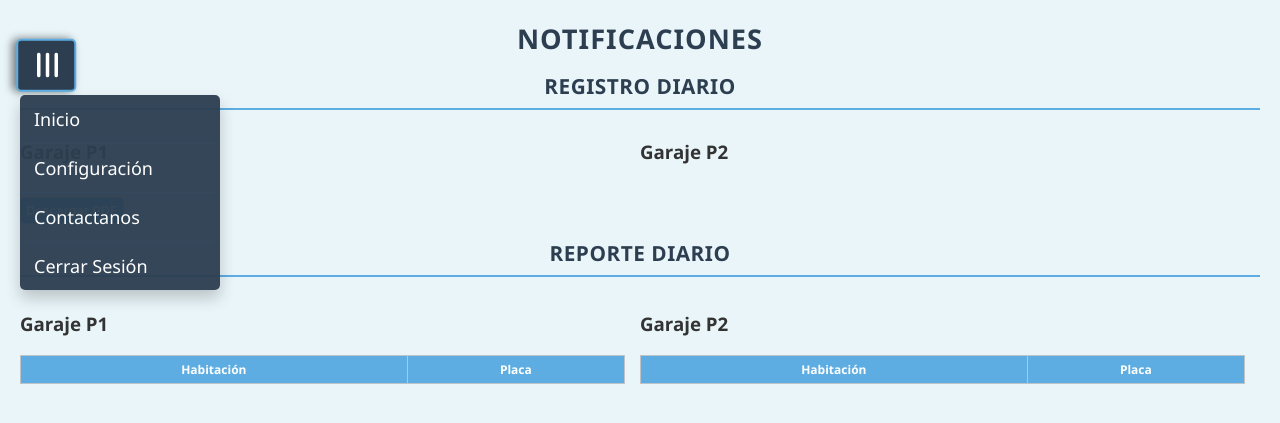
Repository: EddyWebz/base-datos
Page: privado/report.html
An editor plug-in stored every save of this project. The page is shown before and after the next save, followed by the edit.
The browser window is 1280 px wide. The pictures show the whole page.
After loading, the first visible `button.menu-icon` was clicked once.
The page's requests for data from a server got no answer.

Above is the page before, as saved 2024-08-29 20:54:43.

After the next save:
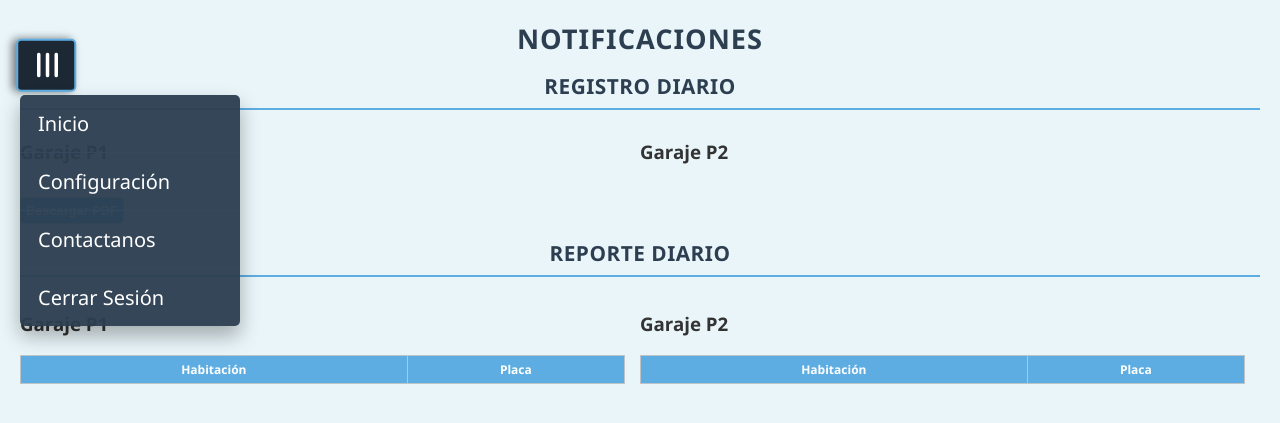
Saved 55 min 40 s later.
--- a/BASE-2/notif.css
+++ b/BASE-2/notif.css
@@ -182,9 +182,9 @@
     transform: rotate(0deg);
 }
 
-.menu-icon:hover {
-    background-color: #34495e;
-    transform: scale(1.1);
+.menu-icon:hover, .menu-icon.open {
+    background-color: #1c2833; /* Un color más oscuro para el estado activo */
+    transform: scale(1.15); /* Un poco más grande al estar activo */
 }
 
 .menu-icon.open {
@@ -194,29 +194,30 @@
 
 /* Estilo del contenido desplegable con animación */
 .dropdown-content {
-    display: block; /* Cambiado para asegurar que esté siempre visible y manejado solo por la animación */
+    display: none;
     position: absolute;
     left: 0;
     top: 100%;
     background-color: rgba(44, 62, 80, 0.95);
     min-width: 160px;
-    box-shadow: 0px 8px 16px 0px rgba(0,0,0,0.2);
+    box-shadow: 0px 10px 20px 0px rgba(0,0,0,0.3); /* Sombra más intensa */
     border-radius: 5px;
     z-index: 1001;
     opacity: 0;
-    transform: translateY(-10px); /* Ajuste para una transición suave */
-    transition: opacity 0.5s ease, transform 0.5s ease; /* Transición para la animación */
+    transform: translateY(-20px); /* Ajuste para una transición suave */
+    transition: opacity 0.6s cubic-bezier(0.25, 1, 0.5, 1), transform 0.6s cubic-bezier(0.25, 1, 0.5, 1);
 }
 
 .dropdown-content.show {
+    display: block;
     opacity: 1;
     transform: translateY(0); /* Desplazamiento suave hacia abajo */
 }
 
 .dropdown-content.hide {
     opacity: 0;
-    transform: translateY(-10px); /* Suave desplazamiento hacia arriba al ocultar */
-    transition: opacity 0.5s ease, transform 0.5s ease; /* Transición para la animación */
+    transform: translateY(-20px); /* Suave desplazamiento hacia arriba al ocultar */
+    transition: opacity 0.6s cubic-bezier(0.25, 1, 0.5, 1), transform 0.6s cubic-bezier(0.25, 1, 0.5, 1);
 }
 
 .dropdown-content a {
@@ -233,7 +234,8 @@
 }
 
 .dropdown-content a:hover {
-    background-color: #5dade2;
+    background-color: #3b5998; /* Fondo más claro al hacer hover */
+    color: #f8f9fa; /* Asegurar que el texto sea claro y legible */
 }
 
 /* Aumentar tamaño en pantallas grandes */
@@ -244,13 +246,13 @@
     }
 
     .dropdown-content {
-        min-width: 200px; /* Aumentar el ancho del menú desplegable en pantallas grandes */
-        font-size: 18px; /* Aumentar el tamaño del texto en pantallas grandes */
+        min-width: 220px; /* Aumentar el ancho del menú desplegable en pantallas grandes */
+        font-size: 20px; /* Aumentar el tamaño del texto en pantallas grandes */
     }
 
     .dropdown-content a {
-        font-size: 18px; /* Aumentar tamaño del texto de los enlaces */
-        padding: 12px 14px; /* Aumentar padding para mayor espacio en el enlace */
+        font-size: 20px; /* Aumentar tamaño del texto de los enlaces */
+        padding: 15px 18px; /* Más espacio para mejorar la usabilidad */
     }
 }
 

After the save that followed:
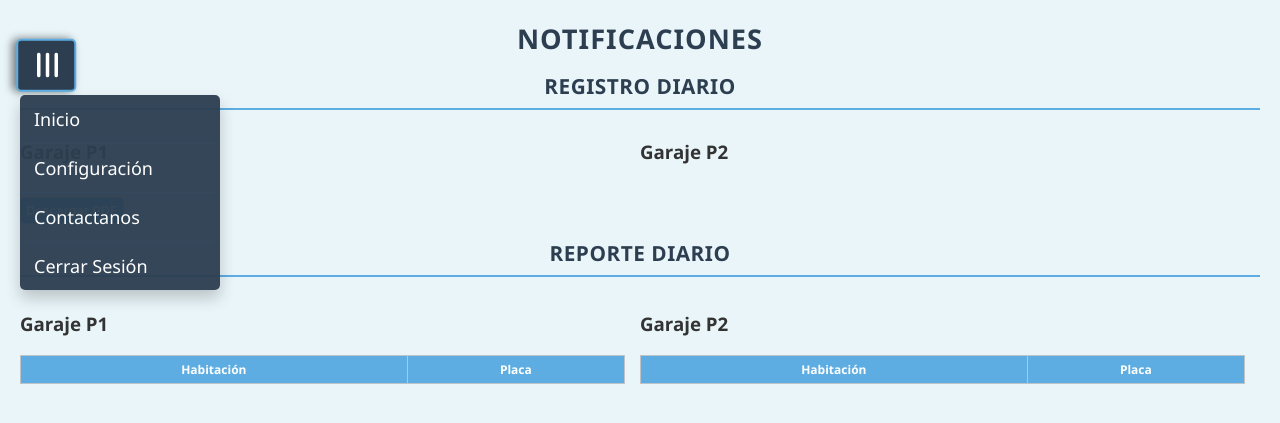
Saved 34 s later.
--- a/BASE-2/notif.css
+++ b/BASE-2/notif.css
@@ -182,9 +182,9 @@
     transform: rotate(0deg);
 }
 
-.menu-icon:hover, .menu-icon.open {
-    background-color: #1c2833; /* Un color más oscuro para el estado activo */
-    transform: scale(1.15); /* Un poco más grande al estar activo */
+.menu-icon:hover {
+    background-color: #34495e;
+    transform: scale(1.1);
 }
 
 .menu-icon.open {
@@ -194,30 +194,29 @@
 
 /* Estilo del contenido desplegable con animación */
 .dropdown-content {
-    display: none;
+    display: block; /* Cambiado para asegurar que esté siempre visible y manejado solo por la animación */
     position: absolute;
     left: 0;
     top: 100%;
     background-color: rgba(44, 62, 80, 0.95);
     min-width: 160px;
-    box-shadow: 0px 10px 20px 0px rgba(0,0,0,0.3); /* Sombra más intensa */
+    box-shadow: 0px 8px 16px 0px rgba(0,0,0,0.2);
     border-radius: 5px;
     z-index: 1001;
     opacity: 0;
-    transform: translateY(-20px); /* Ajuste para una transición suave */
-    transition: opacity 0.6s cubic-bezier(0.25, 1, 0.5, 1), transform 0.6s cubic-bezier(0.25, 1, 0.5, 1);
+    transform: translateY(-10px); /* Ajuste para una transición suave */
+    transition: opacity 0.5s ease, transform 0.5s ease; /* Transición para la animación */
 }
 
 .dropdown-content.show {
-    display: block;
     opacity: 1;
     transform: translateY(0); /* Desplazamiento suave hacia abajo */
 }
 
 .dropdown-content.hide {
     opacity: 0;
-    transform: translateY(-20px); /* Suave desplazamiento hacia arriba al ocultar */
-    transition: opacity 0.6s cubic-bezier(0.25, 1, 0.5, 1), transform 0.6s cubic-bezier(0.25, 1, 0.5, 1);
+    transform: translateY(-10px); /* Suave desplazamiento hacia arriba al ocultar */
+    transition: opacity 0.5s ease, transform 0.5s ease; /* Transición para la animación */
 }
 
 .dropdown-content a {
@@ -234,8 +233,7 @@
 }
 
 .dropdown-content a:hover {
-    background-color: #3b5998; /* Fondo más claro al hacer hover */
-    color: #f8f9fa; /* Asegurar que el texto sea claro y legible */
+    background-color: #5dade2;
 }
 
 /* Aumentar tamaño en pantallas grandes */
@@ -246,13 +244,13 @@
     }
 
     .dropdown-content {
-        min-width: 220px; /* Aumentar el ancho del menú desplegable en pantallas grandes */
-        font-size: 20px; /* Aumentar el tamaño del texto en pantallas grandes */
+        min-width: 200px; /* Aumentar el ancho del menú desplegable en pantallas grandes */
+        font-size: 18px; /* Aumentar el tamaño del texto en pantallas grandes */
     }
 
     .dropdown-content a {
-        font-size: 20px; /* Aumentar tamaño del texto de los enlaces */
-        padding: 15px 18px; /* Más espacio para mejorar la usabilidad */
+        font-size: 18px; /* Aumentar tamaño del texto de los enlaces */
+        padding: 12px 14px; /* Aumentar padding para mayor espacio en el enlace */
     }
 }
 
